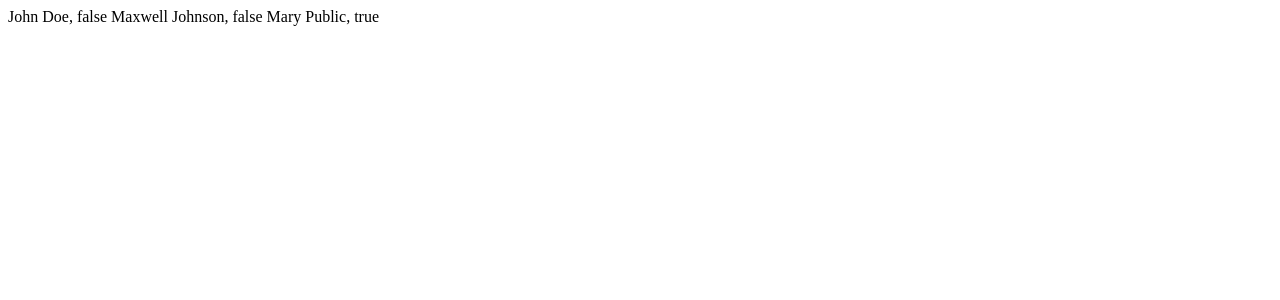
Repository: romuloabbiati/jsp-for-beginners
Page: http://localhost/tagdemo/choose-student-test.jsp
These files come from the project's save history. The page is drawn as it stood at one moment and after the next save; the edit follows.
The browser window is 1280 px wide. The pictures show the whole page.
The page is served by Tomcat 9.

Above is the page before, as saved 2023-02-23 07:22:59.

After the next save:
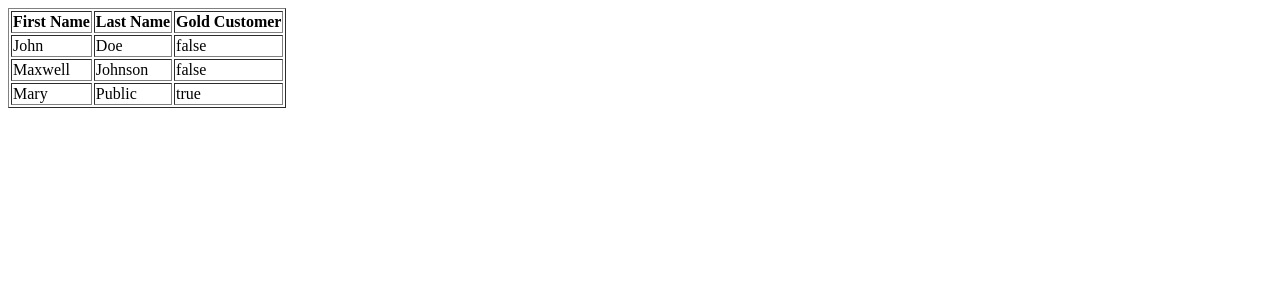
Saved 2 min 1 s later.
--- a/tagdemo/WebContent/choose-student-test.jsp
+++ b/tagdemo/WebContent/choose-student-test.jsp
@@ -15,13 +15,21 @@
 <html>
 
 	<body>
+		<table border="1">
+			<tr>
+				<th>First Name</th>
+				<th>Last Name</th>
+				<th>Gold Customer</th>
+			</tr>
 
-		<c:forEach var="tempStudent" items="${myStudents}">
-
-			${tempStudent.firstName} ${tempStudent.lastName}, ${tempStudent.goldCustomer}
-
-		</c:forEach>
-
+			<c:forEach var="tempStudent" items="${myStudents}">
+				<tr>
+					<td>${tempStudent.firstName}</td>
+					<td>${tempStudent.lastName}</td>
+					<td>${tempStudent.goldCustomer}</td>
+				</tr>
+			</c:forEach>
+		</table>
 	</body>
 
 </html>
